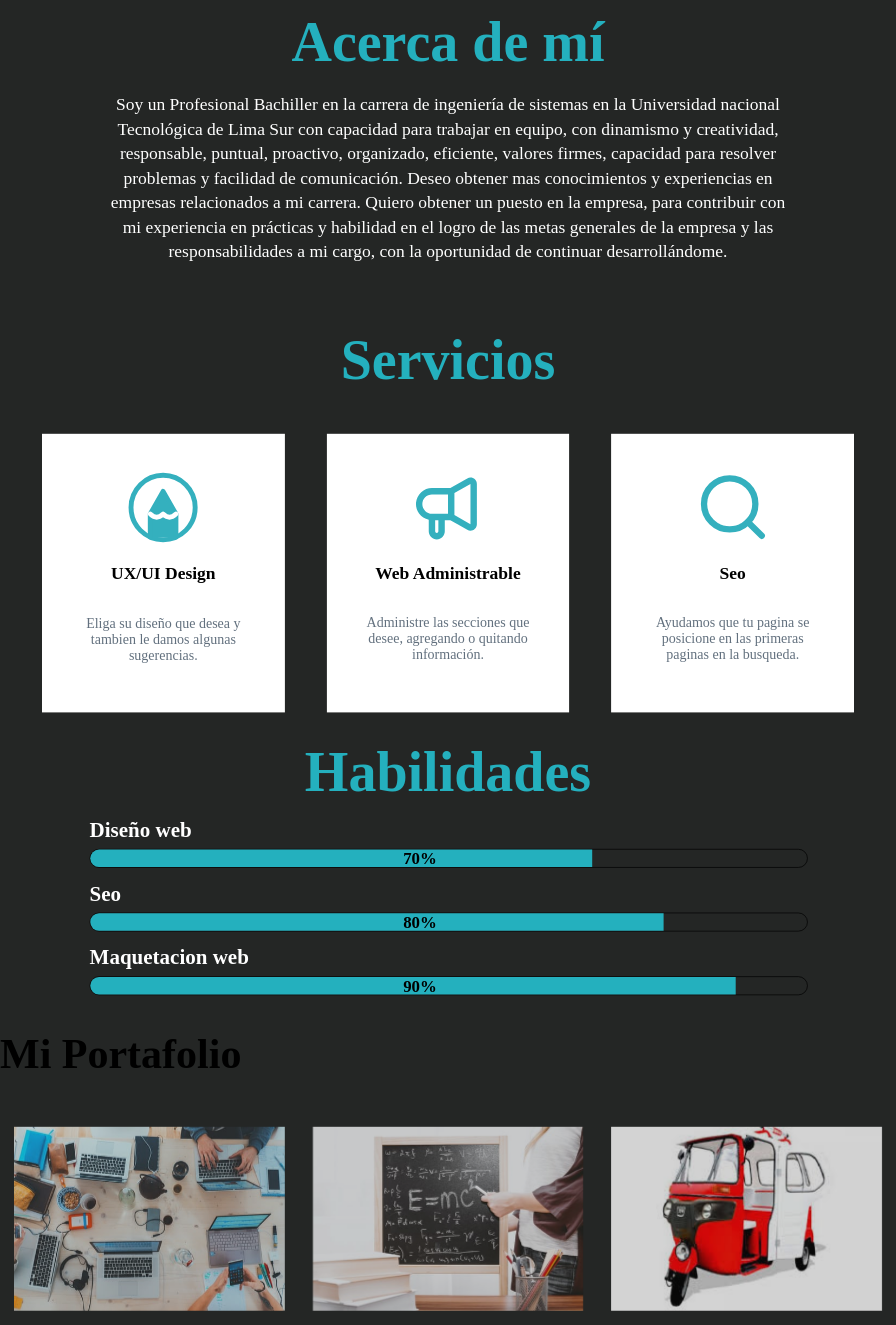
Repository: RobertAries28/PortafolioRobertEscalanteGomez2022
Page: index.html
An editor plug-in stored every save of this project. The page is shown before and after the next save, followed by the edit.
The browser window is 1280 px wide. The pictures show the part of the page from y = 704 to 2624 px (the page is 2597 px tall before and 2624 px after), at 70% of full size.

Above is the page before, as saved 2022-02-15 19:48:54.

After the next save:
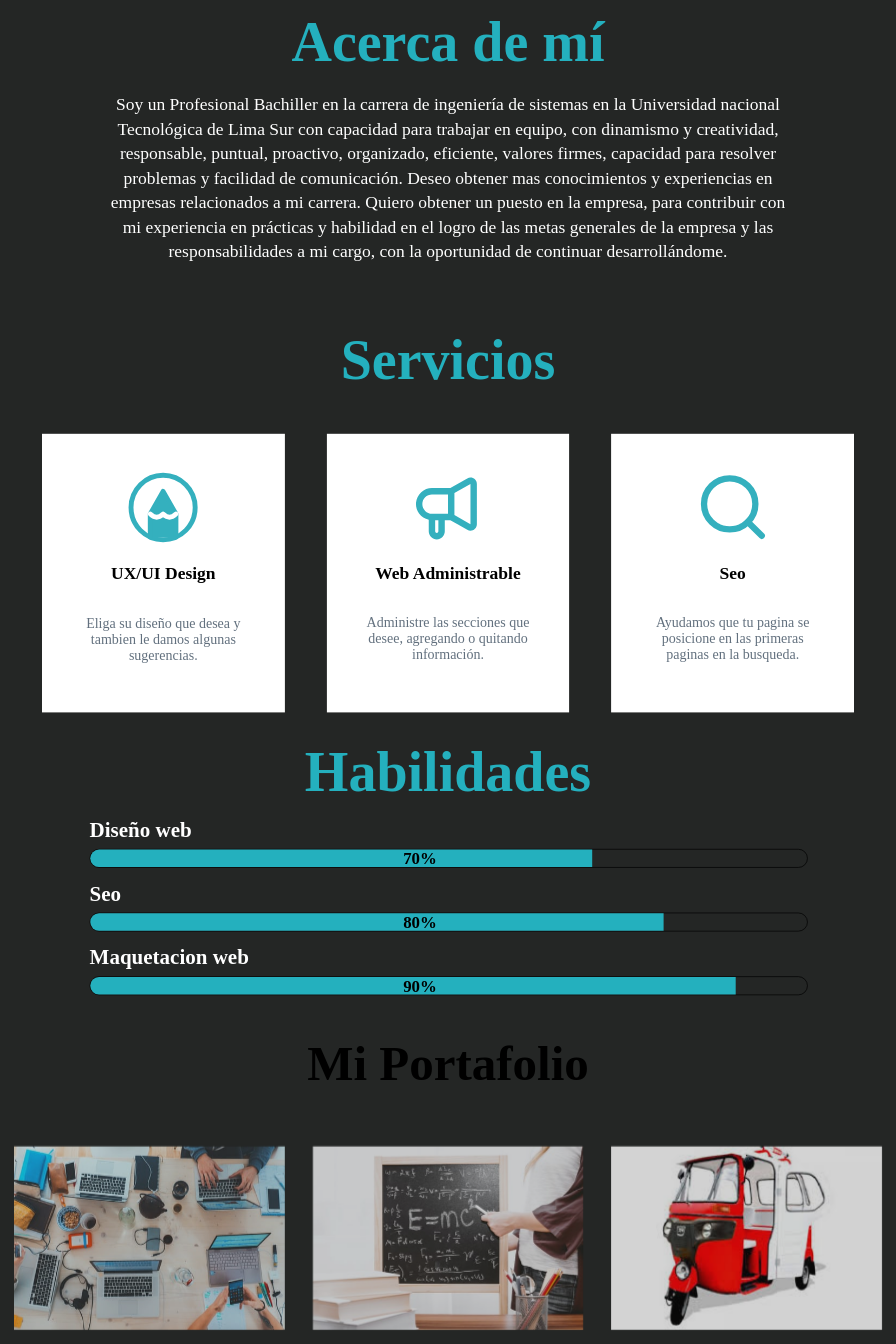
Saved 16 s later.
--- a/estilos.css
+++ b/estilos.css
@@ -354,7 +354,8 @@
  }
 
  #portafolio h2{
-  font-size: 60px;
+  font-size: 70px;
+  text-align: center;
  }
 
 
